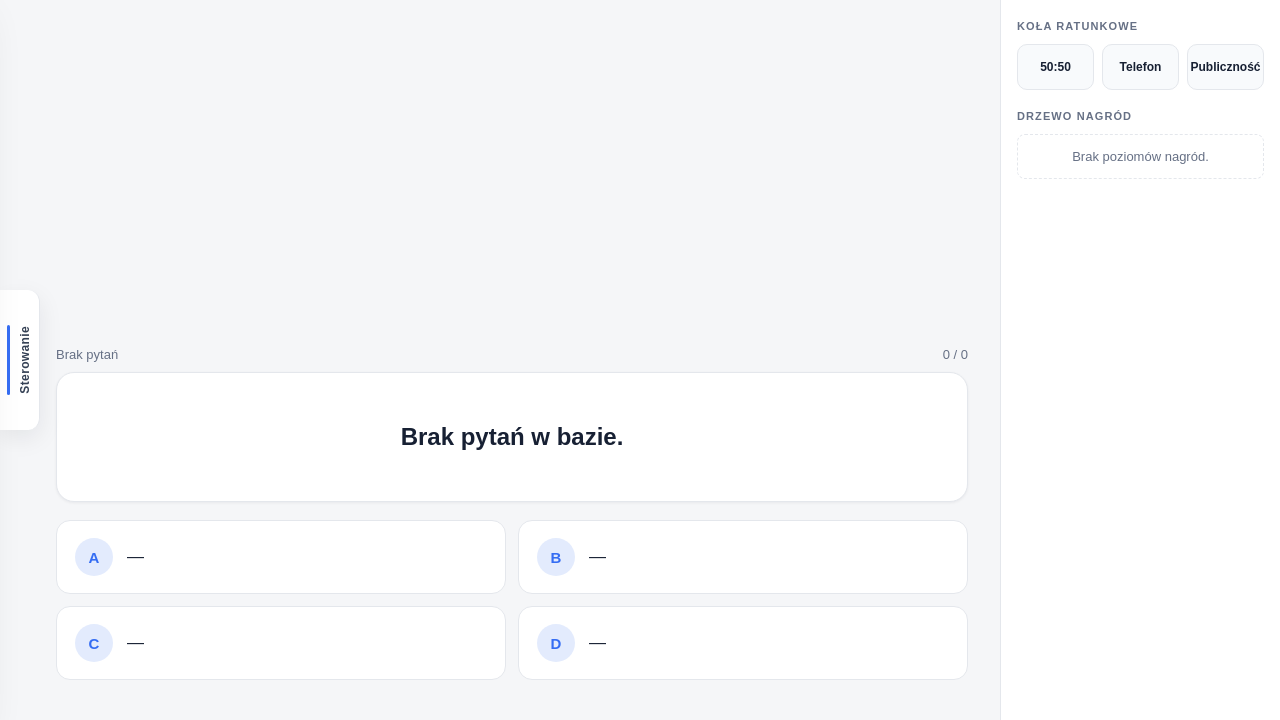
Repository: WaleonGames/HTGMilionerzy
Page: views/game.html
These files come from the project's save history. The page is drawn as it stood at one moment and after the next save; the edit follows.
The browser window is 1280 px wide. The pictures show the whole page.

Above is the page before, as saved 2026-09-06 11:02:31.

After the next save:
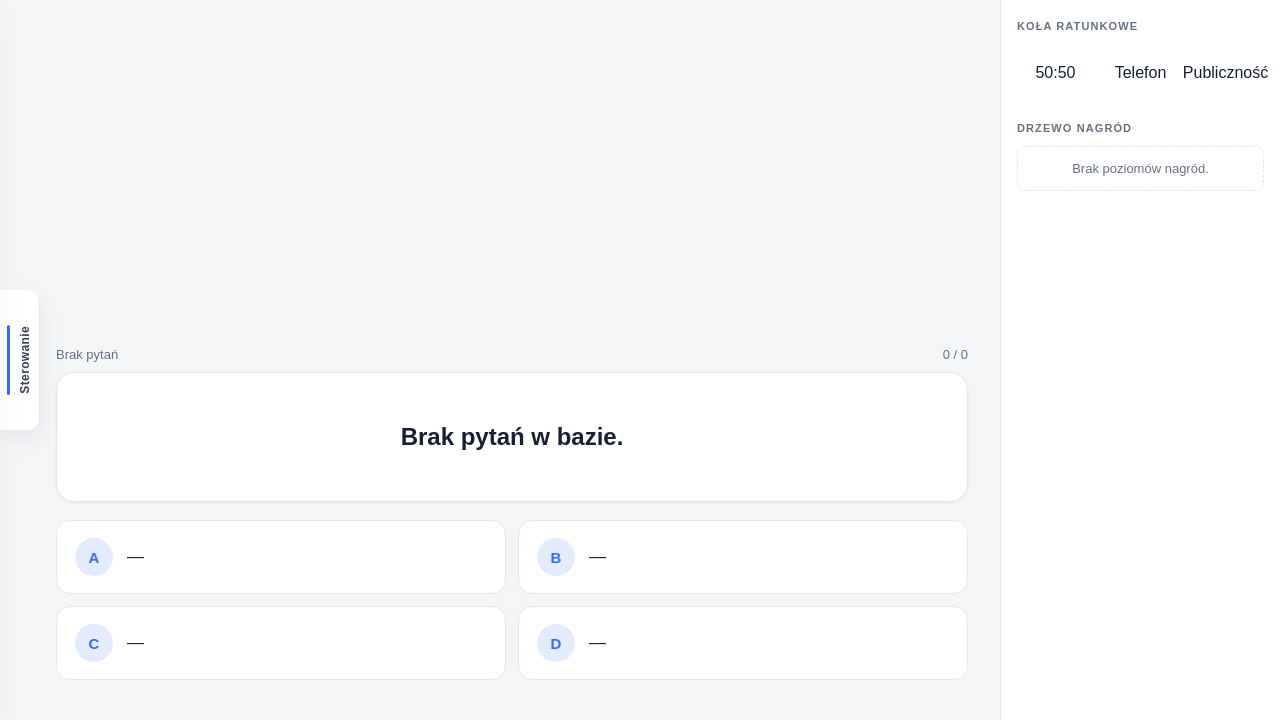
Saved 4 min 18 s later.
--- a/public/css/game.css
+++ b/public/css/game.css
@@ -297,20 +297,24 @@ button{
   justify-content:center;
 
   min-width:0;
-  min-height:46px;
-
-  padding:8px 5px;
-
-  border:1px solid var(--design-border);
-  border-radius:10px;
-
-  background:var(--design-surface-soft);
-  color:var(--design-text);
-
-  font-size:12px;
-  font-weight:700;
-
-  text-align:center;
+  min-height:58px;
+
+  padding:4px;
+
+  background:transparent;
+}
+
+.game-lifeline img{
+  display:block;
+
+  width:100%;
+  max-width:78px;
+  height:auto;
+
+  object-fit:contain;
+
+  user-select:none;
+  pointer-events:none;
 }
 
 /* =========================
